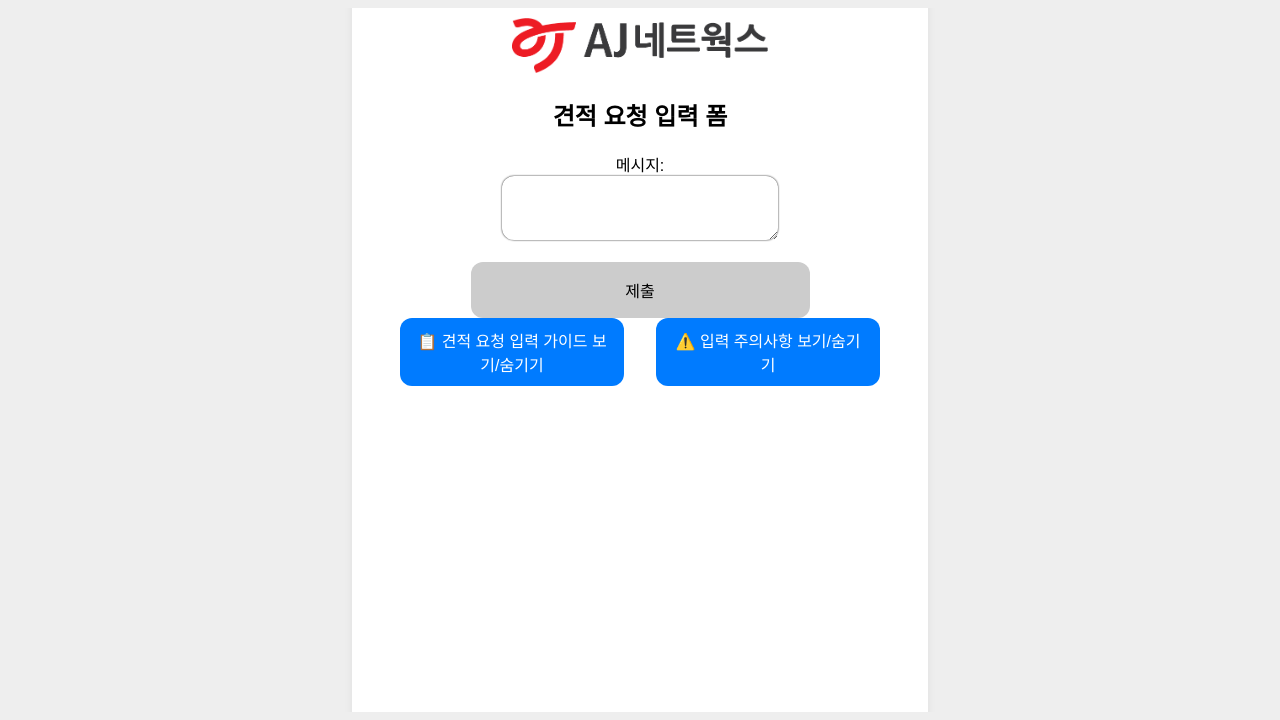
Repository: deul428/logis_test
Page: index.html
The author's editor kept a copy of each file at every save. The page is drawn from the files as they stood at one save, then again after a run of saves.
The browser window is 1280 px wide. The pictures show the whole page.
An inner scrolling area shows only its first screen. Some web fonts or font styles are not loaded; a fallback is used.

Above is the page before, as saved 2025-09-16 17:49:52.

After the next 2 saves:
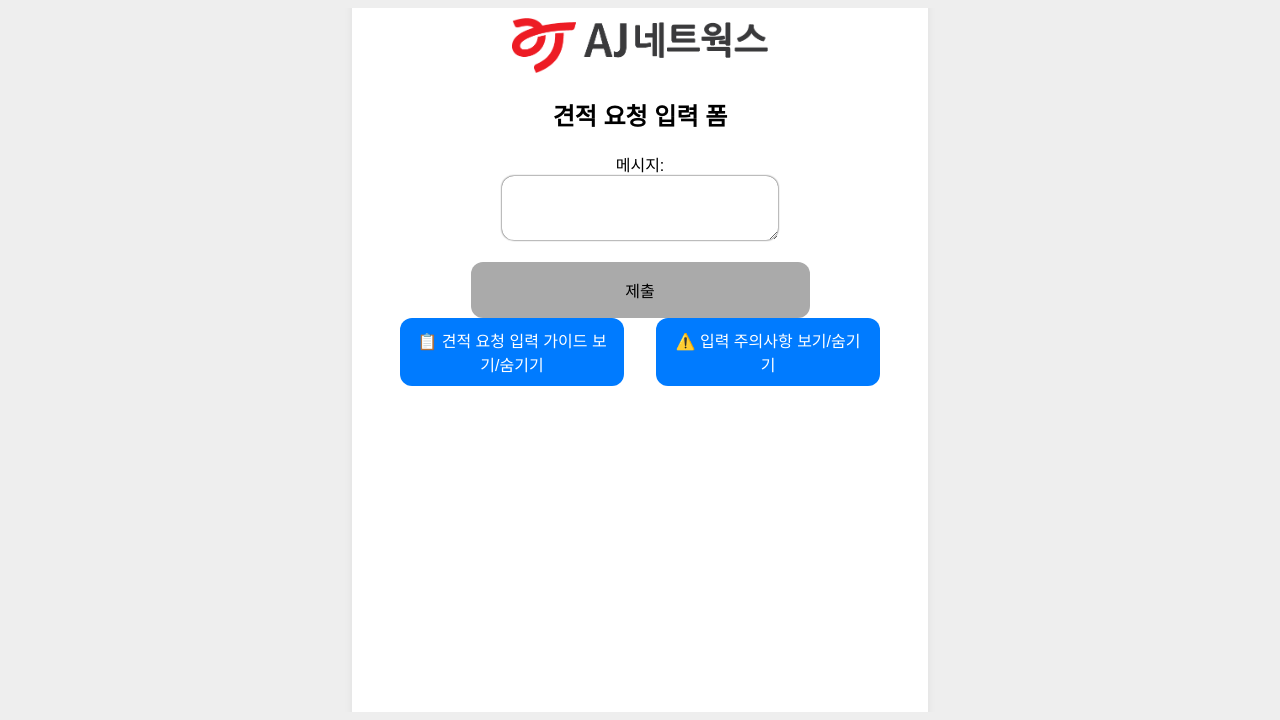
The 2 saves are shown as one change because they came seconds apart.
The last was saved 11 s later.
--- a/styles/common.css
+++ b/styles/common.css
@@ -53,13 +53,13 @@
 #input_area button {
   all: unset;
   width: 100%;
-  background: #ccc;
+  background: #aaa;
   padding: 1rem 0;
   border-radius: 12px;
   transition: background 0.3s linear;
 }
 #input_area button:hover {
-  background: #0056b3;
+  background: #ccc;
 }
 #desc_area {
   width: 100%;
